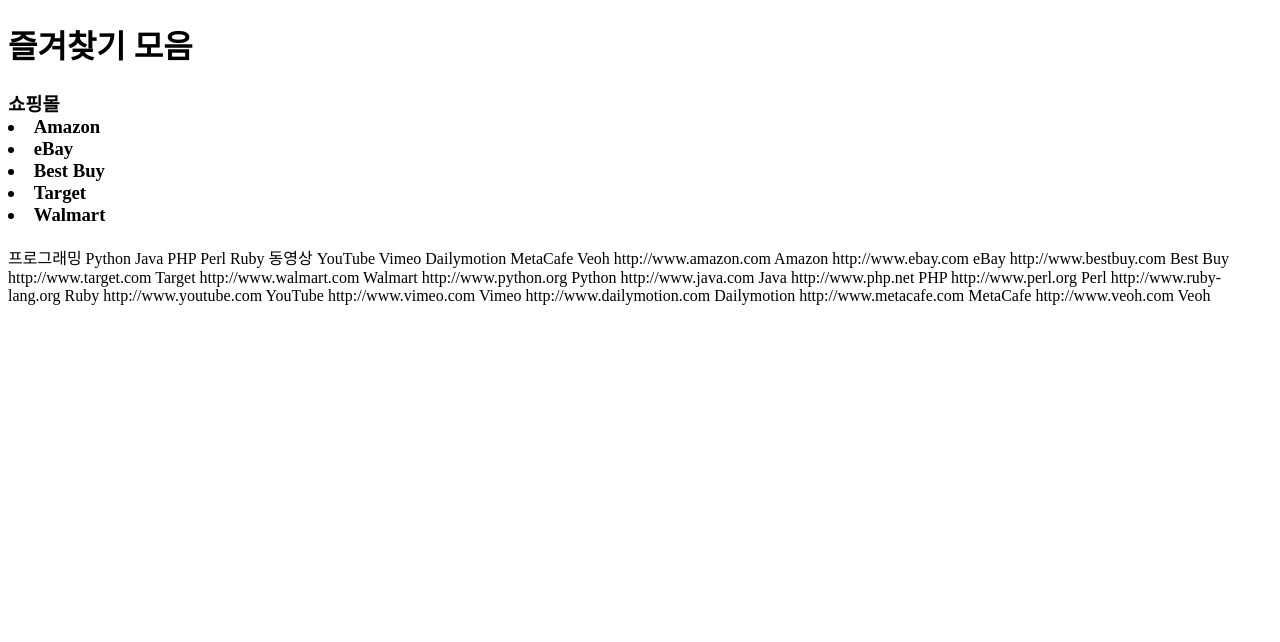
Repository: hb6700/client
Page: ClientTest/src/main/webapp/html/question/07_link.html
An editor plug-in stored every save of this project. The page is shown before and after the next save, followed by the edit.
The browser window is 1280 px wide. The pictures show the whole page.

Above is the page before, as saved 2023-09-20 08:23:07.

### ClientTest/src/main/webapp/html/question/07_link.html
<!DOCTYPE html>
<html>
	<head>
		<meta charset="UTF-8">
		<title>Insert title here</title>
	</head>
	<body>
		<h1>
			즐겨찾기 모음
		</h1>
		<h3>
			쇼핑몰
			<li>Amazon</li>
			<li>eBay</li>
			<li>Best Buy</li>
			<li>Target</li>
			<li>Walmart</li>
		</h3>



		프로그래밍
			Python
			Java
			PHP
			Perl
			Ruby
		동영상
			YouTube
			Vimeo
			Dailymotion
			MetaCafe
			Veoh

		http://www.amazon.com Amazon
		http://www.ebay.com eBay
		http://www.bestbuy.com Best Buy
		http://www.target.com Target
		http://www.walmart.com Walmart
		http://www.python.org Python
		http://www.java.com Java
		http://www.php.net PHP
		http://www.perl.org Perl
		http://www.ruby-lang.org Ruby
		http://www.youtube.com YouTube
		http://www.vimeo.com Vimeo
		http://www.dailymotion.com Dailymotion
		http://www.metacafe.com MetaCafe
		http://www.veoh.com Veoh

	</body>
</html>

After the next save:
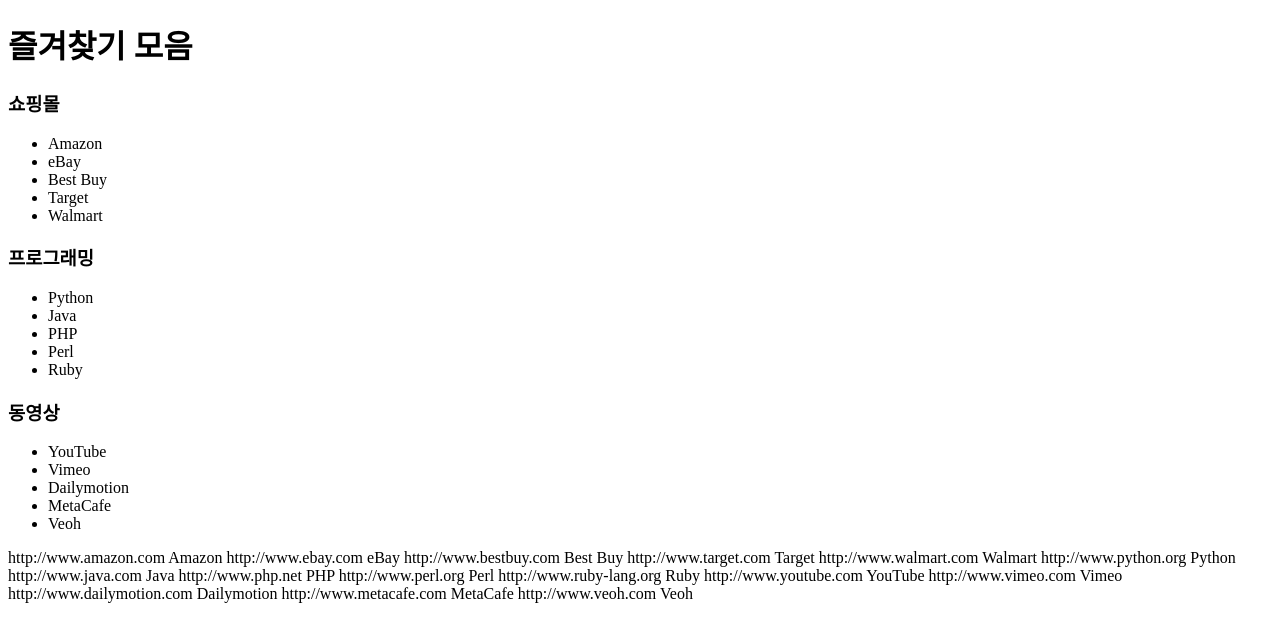
Saved 2 min 54 s later.
--- a/ClientTest/src/main/webapp/html/question/07_link.html
+++ b/ClientTest/src/main/webapp/html/question/07_link.html
@@ -10,27 +10,39 @@
 		</h1>
 		<h3>
 			쇼핑몰
-			<li>Amazon</li>
+		</h3>
+		<ul>
+			<li><a src="http://www.amazon.com">Amazon</a></li>
 			<li>eBay</li>
 			<li>Best Buy</li>
 			<li>Target</li>
 			<li>Walmart</li>
+		</ul>
+		<h3>
+			프로그래밍
 		</h3>
+		<ul>
+			<li>Python</li>
+			<li>Java</li>
+			<li>PHP</li>
+			<li>Perl</li>
+			<li>Ruby</li>
+		</ul>
+		<h3>
+			동영상
+		</h3>
+		<ul>
+			<li>YouTube</li>
+			<li>Vimeo</li>
+			<li>Dailymotion</li>
+			<li>MetaCafe</li>
+			<li>Veoh</li>
+		</ul>
 
 
 
-		프로그래밍
-			Python
-			Java
-			PHP
-			Perl
-			Ruby
-		동영상
-			YouTube
-			Vimeo
-			Dailymotion
-			MetaCafe
-			Veoh
+
+
 
 		http://www.amazon.com Amazon
 		http://www.ebay.com eBay
